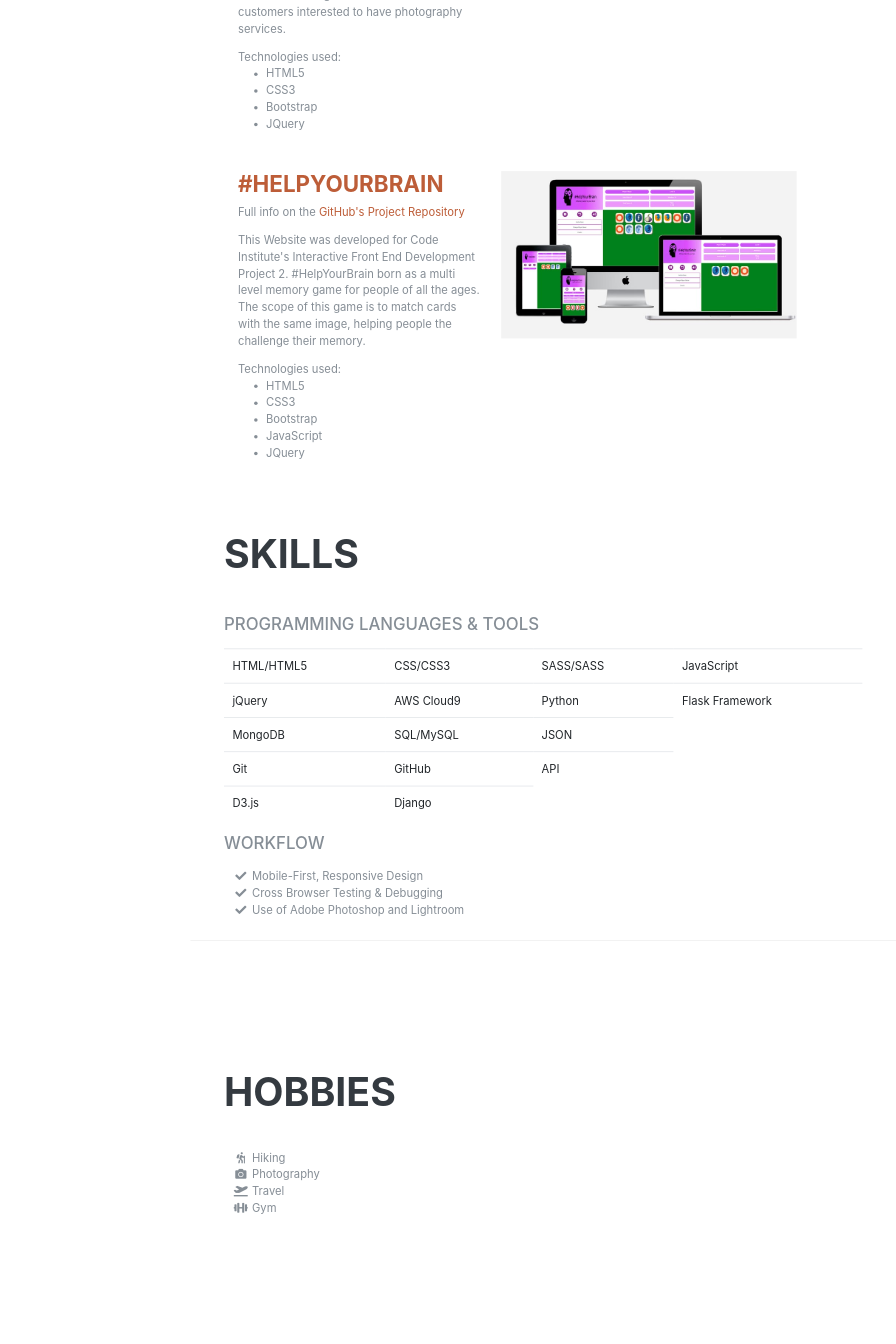
Repository: gello94/antonio_augello_online_Resume
Page: http://localhost/
The author's editor kept a record of every edit. The page is drawn from the files as they stood at one moment, then again after the next edit.
The browser window is 1280 px wide. The pictures show the part of the page from y = 2819 to 4739 px (the page is 4739 px tall), at 70% of full size.
Some web fonts or font styles are not loaded; a fallback is used. The page is served by the project's application, run on Flask 3 (run.py).

Above is the page before.

After the next edit:
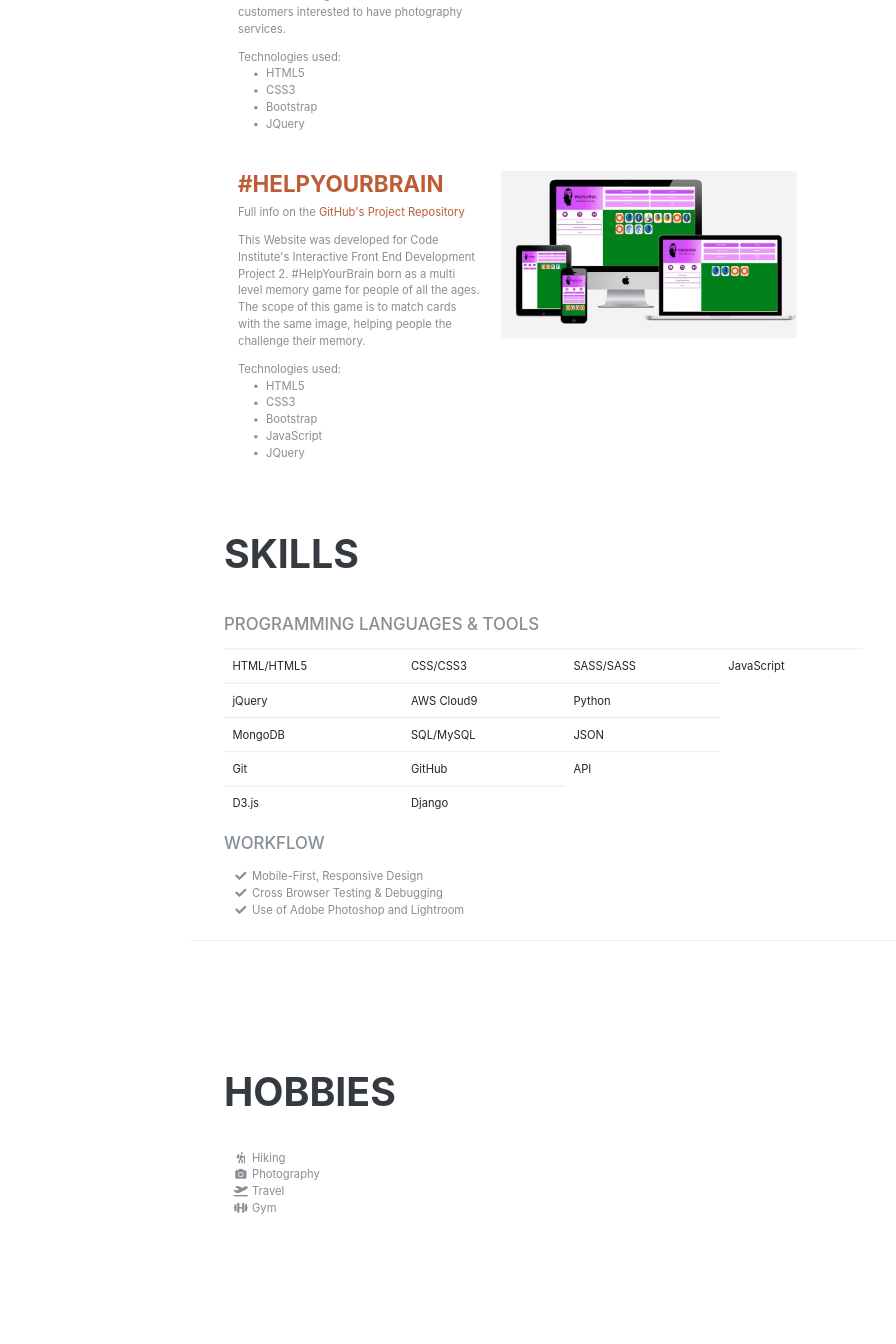
The edit:
--- a/templates/index.html
+++ b/templates/index.html
@@ -280,7 +280,6 @@
               <td>jQuery</td>
               <td>AWS Cloud9</td>
               <td>Python</td>
-              <td>Flask Framework</td>
             </tr>
             <tr>
               <td>MongoDB</td>
